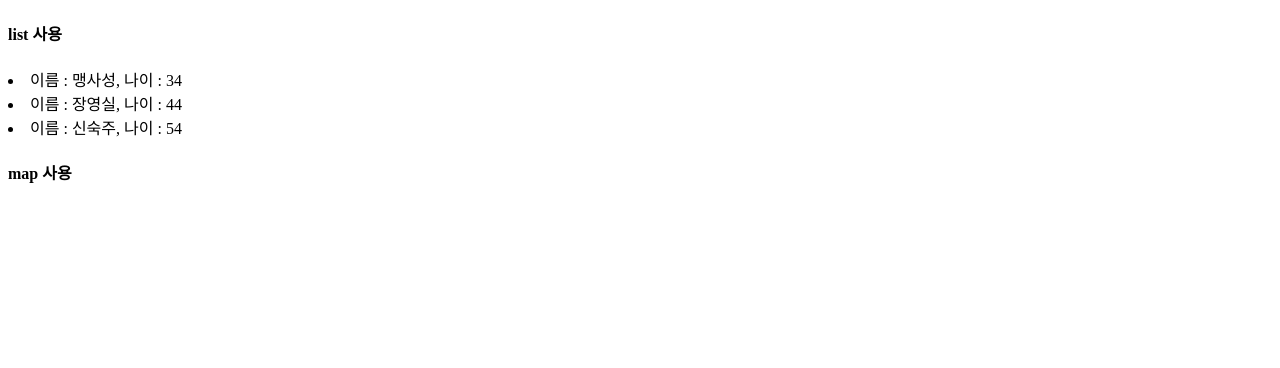
Repository: bluelessman/JSPServlet
Page: http://localhost/ServletStudy/11JSTL/ForEachExtend2.jsp
An editor plug-in stored every save of this project. The page is shown before and after the next save, followed by the edit.
The browser window is 1280 px wide. The pictures show the whole page.
The page is served by Tomcat 10. Other server files are loaded and not shown.

Above is the page before, as saved 2023-12-19 03:25:52.

### ServletStudy/src/main/webapp/11JSTL/ForEachExtend2.jsp
<%@page import="java.util.HashMap"%>
<%@page import="java.util.Map"%>
<%@page import="common.Person"%>
<%@page import="java.util.LinkedList"%>
<%@ page language="java" contentType="text/html; charset=UTF-8"
    pageEncoding="UTF-8"%>
    <%@ taglib prefix="c" uri="jakarta.tags.core" %>
<!DOCTYPE html>
<html>
<head>
<meta charset="UTF-8">
<title>foreach3</title>
</head>
<body>
<h4>list 사용</h4>
<%
LinkedList<Person> lists = new LinkedList<Person>();
lists.add(new Person("맹사성",34));
lists.add(new Person("장영실",44));
lists.add(new Person("신숙주",54));
%>
<c:set var="lists" value="<%=lists %>"/>
<c:forEach items="${lists }" var="list">
<li>
이름 : ${list.name }, 나이 : ${list.age }
</li>
</c:forEach>

<h4>map 사용</h4>
<%
Map<String,Person> maps = new HashMap<String,Person>();
maps.put("1st",new Person("맹사성",34));
maps.put("2nd",new Person("장영실",44));
maps.put("3rd",new Person("신숙주",54));
%>
<c:set var="maps" value="<%=maps %>"/>
<c:forEach items="${mpas }" var="mal">
<li>Key => ${map.key }<br/>
Value => 이름 : ${map.value.name }, 나이 : ${map.value.age }
</li>
</c:forEach>
</body>
</html>

### ServletStudy/src/main/java/common/Person.java
package common;

public class Person {
	private String name;
	private int age;

	public Person(String name, int age) {
		super();
		this.name = name;
		this.age = age;
	}

	public String getName() {
		return name;
	}

	public void setName(String name) {
		this.name = name;
	}

	public int getAge() {
		return age;
	}

	public void setAge(int age) {
		this.age = age;
	}

	public Person() {

	}
}

After the next save:
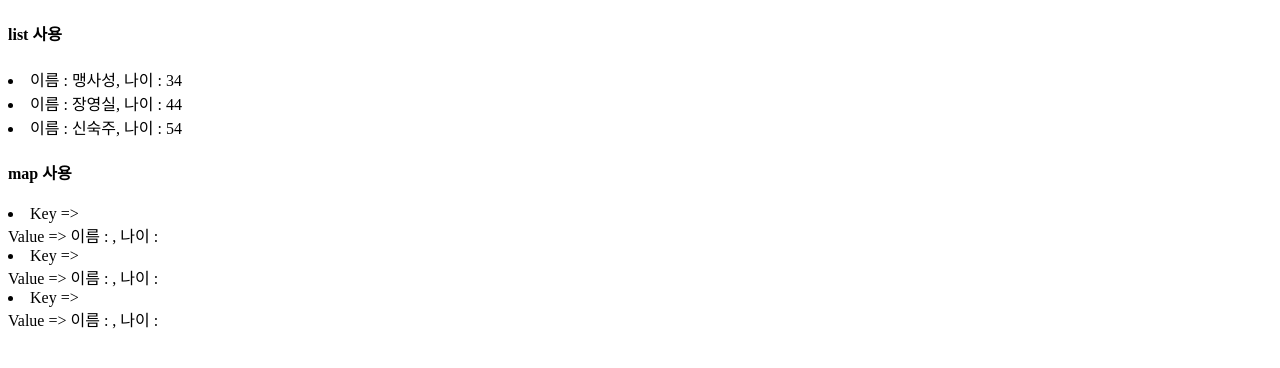
Saved 23 s later.
--- a/ServletStudy/src/main/webapp/11JSTL/ForEachExtend2.jsp
+++ b/ServletStudy/src/main/webapp/11JSTL/ForEachExtend2.jsp
@@ -34,7 +34,7 @@ maps.put("2nd",new Person("장영실",44));
 maps.put("3rd",new Person("신숙주",54));
 %>
 <c:set var="maps" value="<%=maps %>"/>
-<c:forEach items="${mpas }" var="mal">
+<c:forEach items="${maps }" var="mal">
 <li>Key => ${map.key }<br/>
 Value => 이름 : ${map.value.name }, 나이 : ${map.value.age }
 </li>
